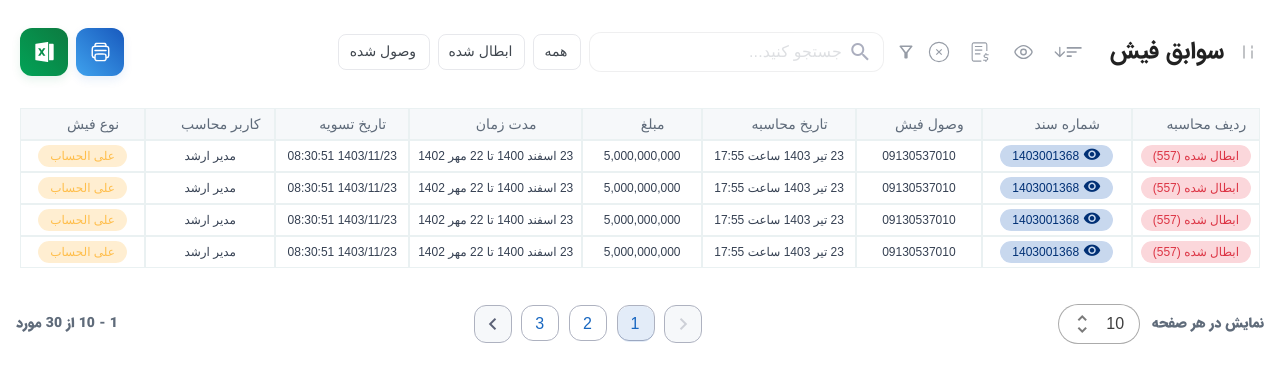
Repository: mobinazarein/data-table
Page: /
An editor plug-in stored every save of this project. The page is shown before and after the next save, followed by the edit.
The browser window is 1280 px wide. The pictures show the whole page.
Some web fonts or font styles are not loaded; a fallback is used. The project was rebuilt for these pictures with package versions that can differ from the ones it lists, and the page was loaded fresh each time. Also part of the build but not shown: vue.config.js.

Above is the page before, as saved 2025-03-26 10:00:31.

### public/index.html
<!DOCTYPE html>
<html lang="en" dir="rtl">
  <head>
    <meta charset="utf-8">
    <meta http-equiv="X-UA-Compatible" content="IE=edge">
    <meta name="viewport" content="width=device-width,initial-scale=1.0">
    <link rel="icon" href="<%= BASE_URL %>favicon.ico">
    <title><%= htmlWebpackPlugin.options.title %></title>
  </head>
  <body>
    <noscript>
      <strong>We're sorry but <%= htmlWebpackPlugin.options.title %> doesn't
        work properly without JavaScript enabled. Please enable it to
        continue.</strong>
    </noscript>
    <div id="app"></div>
    <!-- built files will be auto injected -->
  </body>
</html>

### src/assets/base.scss
// @import "./styles/fonts";

*,
*::before,
*::after {
  box-sizing: border-box;
  margin: 0;
  font-weight: normal;
  font-family: "IRANSans", sans-serif;
  letter-spacing: 0;
}

body {
  font-family: "IRANSans", sans-serif !important;
}
h1,
h2 {
  font-family: "IRANSans", sans-serif;
  font-weight: 700;
}
p {
  font-family: "IRANSans", sans-serif;
  font-weight: 400;
}

### src/components/DataTable.vue
<template>
  <v-container fluid>
    <!-- desktop -->
    <v-row class="align-center py-3 px-1 d-none d-md-flex" no-gutters>
      <v-col cols="12" md="10" class="d-flex align-center  justify-start">
        <div class="d-flex align-center gap-24 justify-start">
          <div class="d-flex align-center text-nowrap">
            <PauseIcon />
            <h2 class="mr-3 ml-5 text-nowrap " style="white-space: nowrap;">سوابق فیش</h2>
          </div>
          <PaginationIcon class="mx-1" />
          <EyeIcon class="mx-1" />
          <InvoiceIcon class="mx-1 ml-2" />
          <CircleCross class="mx-1 ml-2" />
          <FilterIcon class="mx-1" />
          <v-text-field v-if="showSearchBtn" variant="outlined" density="compact" hide-details
            class="custom-text-field mx-2" label="جستجو کنید..." prepend-inner-icon="mdi-magnify" width="295.6875px" />
          <v-btn variant="outlined" color="gray" class="rounded-lg ml-2 filter-btn"
            style="max-width: 48px;min-width: 48px;font-size: 14px !important;">همه</v-btn>
          <v-btn variant="outlined" color="gray" class="ml-2 rounded-lg filter-btn"
            style="max-width: 87px;min-width: 87px;font-size: 14px !important;">ابطال شده</v-btn>
          <v-btn variant="outlined" color="gray" class="ml-2 rounded-lg filter-btn px-3"
            style="max-width: 92px;min-width: 92px;font-size: 14px !important;">وصول شده</v-btn>
        </div>
      </v-col>
      <v-col cols="auto" md="2" class="d-flex align-center justify-end" v-if="props.showExportButtons">
        <v-btn icon variant="flat" class="ml-2 printer-btn">
          <PrinterIcon />
        </v-btn>
        <v-btn icon variant="flat" class="excel-btn">
          <ExcelIcon />
        </v-btn>
      </v-col>
    </v-row>
    <!-- mobile-->
    <v-row class="align-center d-flex d-md-none flex-no-wrap justify-between ">
      <v-col cols="12" class="d-flex align-center flex-no-wrap">
        <v-row no-gutters>
          <v-col cols="12">
            <div class="d-flex justify-space-between gap-8">
              <h2 class="text-nowrap " style="font-size: 20px; font-weight: 700;">سوابق فیش</h2>
              <div class="d-flex">
                <v-btn variant="outlined"
                  style="max-width: 44px !important;min-width:44px !important;height: 40px !important;font-size: 12px;font-weight: 400;border-radius: 62px !important;"
                  color="gray" class="rounded-xl px-4 ml-2 filter-btn">همه</v-btn>
                <v-btn variant="outlined"
                  style="max-width: 80px !important;min-width:74px !important;height: 40px !important;font-size: 12px;font-weight: 400;border-radius: 42px !important;"
                  color="gray" class="ml-2 rounded-xl px-4 filter-btn">ابطال شده</v-btn>
                <v-btn variant="outlined" color="gray" class=" rounded-xl px-4 filter-btn ml-1"
                  style="max-width: 89px !important;min-width:77px !important;height: 40px !important;font-size: 12px;font-weight: 400;border-radius: 42px !important;">وصول
                  شده</v-btn>
              </div>
            </div>
          </v-col>
        </v-row>
      </v-col>
      <v-col cols="12" class="d-flex justify-center">
        <div class="d-flex flex-column ">
          <div class="gap-8 d-flex justify-space-between flex-wrap">
            <PaginationIcon class="mx-1" />
            <EyeIcon class="mx-1" />
            <InvoiceIcon class="mx-1" />
            <CircleCross class="mx-1 mt-3 mr-3" />
            <FilterIcon class="mx-1 mt-3 mr-3" />
            <PrinterIcon iconColor="#767E8A" class="mx-1 mt-3 mr-3" />
            <ExcelIcon iconColor="#767E8A" class="mx-1 mt-3 mr-3  ml-5" />
          </div>
          <v-text-field width="341px" variant="outlined" hide-details class="custom-text-field mx-2"
            label="جستجو کنید..." prepend-inner-icon="mdi-magnify" v-if="showSearchBtn" />
        </div>
      </v-col>
    </v-row>
    <v-row no-gutters class="px-1">
      <v-col cols="12" md="12" class="mt-5">
        <!-- <template v-slot:item.row="{ item }">
            <v-chip style="background-color: #FFEEF0;color: #DC3545;height: 22px;border-radius: 8px;font-size: 12px;"
              class="">
              {{ item.row }}
            </v-chip>
          </template>
<template v-slot:item.documentNumber="{ item }">
            <v-chip color="blue" class="ma-1 "
              style="width: 150px;height: 22px !important; border-radius: 8px;padding: 0;font-size: 12px;">
              <v-icon end color="#013075" size="xl" class="pa-0 mt-1">mdi-eye</v-icon>
              <v-btn variant="text" color="#013075" size="small">
                مشاهده [{{ item.documentNumber }}]
              </v-btn>
            </v-chip>
          </template>
<template v-slot:item.receiptType="{ item }">
            <v-chip style="background-color: #FFBE4C26;color: #FFBE4C;height: 22px;font-size: 12px;"
              class=" font-weight-bold">
              {{ item.receiptType }}
            </v-chip>
          </template> -->
        <v-data-table :headers="headers" :items="items" :items-per-page="props.itemsPerPage" hide-default-footer>
          <template v-for="column in props.customStyles" #[`item.${column.key}`]="{ item }" :key="column.key">
            <v-chip
              :style="{ backgroundColor: column.bgColor, color: column.textColor, height: '22px', fontSize: '12px', cursor: column.icon ? 'pointer' : 'default' }"
              class="font-weight-bold">
              <v-icon v-if="column.icon" :color="column.iconColor" :size="column.iconSize" class="ml-1 mb-1">
                {{ column.icon }}
              </v-icon>
              {{ item[column.key] }}
            </v-chip>
          </template>
        </v-data-table>
      </v-col>
    </v-row>
    <v-row class="justify-space-between d-md-none align-center px-1 mt-8 ">
      <div class="d-flex align-center ">
        <p class="footer-text">نمایش در هر صفحه</p>
        <v-select v-model="itemsPerPage" :items="[10, 20, 50]" density="compact" variant="outlined" rounded="pill"
          class="custom-select mr-3" hide-details menu-icon="mdi-unfold-more-horizontal"></v-select>
      </div>
      <div class="footer-middle">
        <span class="footer-text"> {{ startIndex }} - {{ endIndex }} از {{ totalItems }} مورد </span>
      </div>
      <div class="mt-5" style="margin-left: auto; margin-right: auto;">
        <v-pagination v-model="page" :length="totalPages" total-visible="5" rounded density="comfortable"
          color="primary" class="custom-pagination"></v-pagination>
      </div>
    </v-row>
    <v-row class="justify-space-between d-none d-md-flex align-center px-3 mt-8">
      <div class="d-flex align-center ">
        <p class="footer-text">نمایش در هر صفحه</p>
        <v-select v-model="itemsPerPage" :items="[10, 20, 50]" density="compact" variant="outlined" rounded="pill"
          class="custom-select mr-3" hide-details menu-icon="mdi-unfold-more-horizontal"></v-select>
      </div>
      <div class="footer-right">
        <v-pagination v-model="page" :length="totalPages" total-visible="5" rounded density="comfortable"
          color="primary" class="custom-pagination"></v-pagination>
      </div>
      <div class="footer-middle">
        <span class="footer-text"> {{ startIndex }} - {{ endIndex }} از {{ totalItems }} مورد </span>
      </div>
    </v-row>
  </v-container>
</template>
<script setup>
import PauseIcon from '@/assets/Icons/PauseIcon.vue';
import PaginationIcon from '@/assets/Icons/PaginationIcon.vue';
import EyeIcon from '@/assets/Icons/EyeIcon.vue';
import InvoiceIcon from '@/assets/Icons/InvoiceIcon.vue';
import CircleCross from '@/assets/Icons/CircleCross.vue';
import FilterIcon from '@/assets/Icons/FilterIcon.vue';
import PrinterIcon from '@/assets/Icons/PrinterIcon.vue';
import ExcelIcon from '@/assets/Icons/ExcelIcon.vue';
import { ref, computed } from 'vue';
import { defineProps } from 'vue';
// const pageData = ref({
//   headers: [
//     { title: 'ردیف محاسبه', key: 'row', align: 'center', sortable: true, width: '121px' },
//     { title: 'شماره سند', key: 'documentNumber', align: 'center', sortable: true, width: '165px' },
//     { title: 'وصول فیش', key: 'receiptStatus', align: 'center', sortable: true, width: '139px' },
//     { title: 'تاریخ محاسبه', key: 'calculationDate', align: 'center', sortable: true, width: '159px' },
//     { title: 'مبلغ', key: 'amount', align: 'center', sortable: true, width: '139px' },
//     { title: 'مدت زمان', key: 'duration', align: 'center', sortable: true, width: '165px' },
//     { title: 'تاریخ تسویه', key: 'settlementDate', align: 'center', sortable: true, width: '139px' },
//     { title: 'کاربر محاسب', key: 'user', align: 'center', sortable: true, width: '139px' },
//     { title: 'نوع فیش', key: 'receiptType', align: 'center', sortable: true, width: '139px' }
//   ],
//   items: [
//     {
//       row: 'ابطال شده (557)',
//       documentNumber: '1403001368',
//       receiptStatus: '09130537010',
//       calculationDate: '23 تیر 1403 ساعت 17:55',
//       amount: '5,000,000,000',
//       duration: '23 اسفند 1400 تا 22 مهر 1402',
//       settlementDate: '1403/11/23 08:30:51',
//       user: 'مدیر ارشد',
//       receiptType: 'علی الحساب'
//     },
//     {
//       row: 'ابطال شده (557)',
//       documentNumber: '1403001368',
//       receiptStatus: '09130537010',
//       calculationDate: '23 تیر 1403 ساعت 17:55',
//       amount: '5,000,000,000',
//       duration: '23 اسفند 1400 تا 22 مهر 1402',
//       settlementDate: '1403/11/23 08:30:51',
//       user: 'مدیر ارشد',
//       receiptType: 'علی الحساب'
//     },
//     {
//       row: 'ابطال شده (557)',
//       documentNumber: '1403001368',
//       receiptStatus: '09130537010',
//       calculationDate: '23 تیر 1403 ساعت 17:55',
//       amount: '5,000,000,000',
//       duration: '23 اسفند 1400 تا 22 مهر 1402',
//       settlementDate: '1403/11/23 08:30:51',
//       user: 'مدیر ارشد',
//       receiptType: 'علی الحساب'
//     }, {
//       row: 'ابطال شده (557)',
//       documentNumber: '1403001368',
//       receiptStatus: '09130537010',
//       calculationDate: '23 تیر 1403 ساعت 17:55',
//       amount: '5,000,000,000',
//       duration: '23 اسفند 1400 تا 22 مهر 1402',
//       settlementDate: '1403/11/23 08:30:51',
//       user: 'مدیر ارشد',
//       receiptType: 'علی الحساب'
//     }
//   ]
// });
const props = defineProps({
  itemsPerPage: {
    type: Number,
    default: 10,
  },
  showExportButtons: {
    type: Boolean,
    default: true,
  },
  showSearchBtn: {
    type: Boolean,
    default: true
  },
  customStyles: { type: Array, default: () => [] },
  customIcon: { type: Array, default: () => [] },
  headers: { type: Array, required: true },
  items: { type: Array, required: true },
});
const page = ref(1);
const totalItems = ref(30);
const itemsPerPage = ref(props.itemsPerPage);
const totalPages = computed(() => Math.ceil(totalItems.value / itemsPerPage.value));
const startIndex = computed(() => (page.value - 1) * itemsPerPage.value + 1);
const endIndex = computed(() => Math.min(page.value * itemsPerPage.value, totalItems.value));
</script>
<style>
.custom-text-field :deep(.v-input__control) {
  height: 38px;
}

.v-field.v-field--center-affix.v-field--prepended.v-field--variant-outlined.v-theme--light.v-locale--is-rtl {
  border-radius: 12px !important;
}

.excel-btn {
  background: linear-gradient(45deg, #02A357, #0D7A40) !important;
  color: white !important;
  border-radius: 12px !important;
  box-shadow: 0px 4px 10px #0A88481A !important;
  width: 48px !important;
  height: 48px !important;
}

.printer-btn {
  border-radius: 12px !important;
  box-shadow: 0px 4px 10px #216BCA1A !important;
  background: linear-gradient(45deg, #3FA2ED, #1859BD) !important;
  color: white !important;
  width: 48px !important;
  height: 48px !important;
}

.filter-btn:hover,
.filter-btn:focus,
.filter-btn.v-btn--active {
  background-color: #B8DADA !important;
  color: #148976 !important;
  border-color: #148976 !important;
}

.v-field__prepend-inner {
  color: #737993;
}

label.v-label.v-field-label {
  color: #C7CACF;
}

.v-field.v-field--center-affix.v-field--prepended.v-field--variant-outlined.v-theme--light.v-locale--is-rtl {
  color: #77787f4d;
}

.filter-btn {
  border-color: #AEB2C04D !important;
  color: #40474F !important;
  line-height: 180% !important;
  padding: 0px 12px !important;
}

/* .v-table__wrapper {
  overflow: hidden;
} */
.v-data-table thead {
  background-color: #F6F8FA !important;
  width: 138.41665649414062px;
  height: 32px !important;
}

.v-data-table thead th {
  height: 32px !important;
  color: #5F6B7A !important;
  font-weight: 700 !important;
  border: 1px solid #EAF1F2 !important;
  padding: 0 8px !important;
}

.v-data-table tbody tr td {
  height: 32px !important;
  color: #364153 !important;
  font-weight: 500 !important;
  border: 1px solid #EAF1F2 !important;
  white-space: nowrap !important;
  overflow: hidden !important;
  text-overflow: ellipsis !important;
  height: 32px !important;
  padding: 0 8px !important;
  font-size: 12px !important;
  padding: 0 8px !important;
  font-weight: 400 !important;
}

.v-data-table tbody tr {
  height: 32px !important;
}

td.v-data-table__td.v-data-table-column--align-center {
  font-size: 12px !important;
  height: 32px !important
}

th {
  white-space: nowrap;
}

.footer-text {
  color: #5F6B7A;
  font-size: 14px;
  font-weight: 500;
}

.custom-select {
  max-width: 90px;
}

.custom-pagination {
  --v-pagination-height: 40px;
}

.custom-pagination .v-pagination__item {
  border-radius: 12px !important;
  min-width: 36px !important;
  height: 36px !important;
  font-size: 14px !important;
  color: #5B6176 !important;
  border: 1px solid #AEB2C0 !important;
}

.custom-pagination .v-pagination__item--active {
  border-radius: 12px !important;
  min-width: 36px !important;
  height: 36px !important;
  background-color: #B8DADA !important;
  color: #148976 !important;
  border: 1px solid #148976 !important;
  font-weight: bold !important;
  box-shadow: none !important;
}

button.v-btn.v-btn--icon.v-theme--light.text-primary.v-btn--density-comfortable.v-btn--rounded.v-btn--size-default.v-btn--variant-text {
  border-radius: 12px !important;
}

.custom-pagination .v-pagination__prev,
.custom-pagination .v-pagination__next {
  border-radius: 12px !important;
  background-color: #F6F8FA !important;
  color: #5B6176 !important;
  border: 1px solid #AEB2C0 !important;
}

.mdi-chevron-right::before {
  color: #5B6176 !important;
}

.mdi-chevron-left::before {
  color: #5B6176 !important;
}

.custom-pagination .v-pagination__prev:hover,
.custom-pagination .v-pagination__next:hover,
.custom-pagination .v-pagination__prev:focus,
.custom-pagination .v-pagination__next:focus,
.custom-pagination .v-pagination__prev.v-pagination__item--active,
.custom-pagination .v-pagination__next.v-pagination__item--active {
  border: 1px solid #148976 !important;
  color: #148976 !important;
}

.custom-pagination .v-pagination__item--active,
.custom-pagination .v-pagination__item:focus {
  border-radius: 12px !important;
  min-width: 36px !important;
  height: 36px !important;
  background-color: #D8EEF2 !important;
  color: #148976 !important;
  border: 1px solid #148976 !important;
  font-weight: bold !important;
}

.custom-pagination .v-pagination__item:hover {
  border: 1px solid #148976 !important;
  color: #148976 !important;
}

.custom-pagination .v-pagination__prev:hover,
.custom-pagination .v-pagination__next:hover {
  border: 1px solid #148976 !important;
  color: #148976 !important;
}

.footer-middle {
  font-size: 14px;
  color: #5F6B7A;
  font-weight: 500;
}
</style>

### src/assets/styles/_fonts.scss
@font-face {
  font-family: "IRANSans";
  src: url("/public/fonts/IRANSans.woff2") format("woff2");
  font-weight: 400;
  font-style: normal;
  font-display: swap;
}

@font-face {
  font-family: "IRANSans";
  src: url("/public/fonts/IRANSans_Black.woff2") format("woff2");
  font-weight: 500;
  font-style: normal;
  font-display: swap;
}

@font-face {
  font-family: "IRANSans";
  src: url("/public/fonts/IRANSans_Bold.woff2") format("woff2");
  font-weight: 800;
  font-style: normal;
  font-display: swap;
}

### src/assets/Icons/PauseIcon.vue
<template>
    <svg width="24" height="24" viewBox="0 0 24 24" fill="none" xmlns="http://www.w3.org/2000/svg">
        <path d="M8 6V18M16 6V8M16 18V11" stroke="#ADB0B4" stroke-width="1.5" stroke-linecap="round"
            stroke-linejoin="round" />
    </svg>
</template>

### src/assets/Icons/PaginationIcon.vue
<template>
    <svg width="36" height="48" viewBox="0 0 36 48" fill="none" xmlns="http://www.w3.org/2000/svg">
<path d="M9.79481 19.4529V28.5469M9.79481 28.5469L14.3418 23.9999M9.79481 28.5469L5.2478 23.9999" stroke="#969CA6" stroke-width="1.29915" stroke-linecap="round" stroke-linejoin="round"/>
<path d="M16.7693 28.9231H21.6924V27.282H16.7693V28.9231ZM16.7693 19.0769V20.7179H31.5385V19.0769H16.7693ZM16.7693 24.8205H26.6154V23.1795H16.7693V24.8205Z" fill="#969CA6"/>
</svg>
</template>

### src/assets/Icons/EyeIcon.vue
<template>
    <svg width="37" height="48" viewBox="0 0 37 48" fill="none" xmlns="http://www.w3.org/2000/svg">
<path d="M18.5 17.5833C21.4713 17.5833 24.0781 19.7396 25.7446 21.5522C26.4843 22.3568 26.8542 22.7591 26.979 23.5925C27.0096 23.7966 27.0096 24.2033 26.979 24.4073C26.8542 25.2407 26.4843 25.643 25.7446 26.4477C24.0781 28.2603 21.4713 30.4166 18.5 30.4166C15.5288 30.4166 12.922 28.2603 11.2555 26.4477C10.5158 25.643 10.1459 25.2407 10.0211 24.4073C9.99049 24.2033 9.99049 23.7966 10.0211 23.5925C10.1459 22.7591 10.5158 22.3568 11.2555 21.5522C12.922 19.7396 15.5288 17.5833 18.5 17.5833Z" stroke="#969CA6" stroke-width="1.375" stroke-linejoin="round"/>
<path d="M21.25 24C21.25 25.5188 20.0188 26.75 18.5 26.75C16.9812 26.75 15.75 25.5188 15.75 24C15.75 22.4812 16.9812 21.25 18.5 21.25C20.0188 21.25 21.25 22.4812 21.25 24Z" stroke="#969CA6" stroke-width="1.375" stroke-linejoin="round"/>
</svg>
</template>

### src/assets/Icons/InvoiceIcon.vue
<template>
    <svg width="35" height="48" viewBox="0 0 35 48" fill="none" xmlns="http://www.w3.org/2000/svg">
<path d="M26.6666 26.1999H23.9166V27.2999H26.6666V26.1999ZM23.9166 26.1999H23.4583V27.2999H23.9166V26.1999ZM23.4583 30.0499H24.375V28.9499H23.4583V30.0499ZM24.375 31.6999H23.9166V32.7999H24.375V31.6999ZM23.9166 31.6999H21.1666V32.7999H23.9166V31.6999ZM25.2 30.8749C25.2 31.3306 24.8306 31.6999 24.375 31.6999V32.7999C25.4381 32.7999 26.3 31.9381 26.3 30.8749H25.2ZM24.375 30.0499C24.8306 30.0499 25.2 30.4193 25.2 30.8749H26.3C26.3 29.8118 25.4381 28.9499 24.375 28.9499V30.0499ZM21.5333 28.1249C21.5333 29.1881 22.3951 30.0499 23.4583 30.0499V28.9499C23.0027 28.9499 22.6333 28.5806 22.6333 28.1249H21.5333ZM23.4583 26.1999C22.3951 26.1999 21.5333 27.0618 21.5333 28.1249H22.6333C22.6333 27.6693 23.0027 27.2999 23.4583 27.2999V26.1999ZM24.4666 26.7499V24.9166H23.3666V26.7499H24.4666ZM23.3666 32.2499V34.0833H24.4666V32.2499H23.3666ZM13.8333 15.3833H21.1666V14.2833H13.8333V15.3833ZM19.3333 32.6166H13.8333V33.7166H19.3333V32.6166ZM10.7166 29.4999V18.4999H9.61663V29.4999H10.7166ZM13.8333 32.6166C12.9535 32.6166 12.349 32.6154 11.8949 32.5544C11.4567 32.4954 11.2418 32.39 11.0925 32.2407L10.3147 33.0185C10.7024 33.4062 11.1881 33.5692 11.7483 33.6446C12.2928 33.7178 12.9846 33.7166 13.8333 33.7166V32.6166ZM9.61663 29.4999C9.61663 30.3486 9.61546 31.0405 9.68865 31.5849C9.76397 32.1451 9.92698 32.6308 10.3147 33.0185L11.0925 32.2407C10.9432 32.0914 10.8378 31.8766 10.7788 31.4383C10.7178 30.9842 10.7166 30.3797 10.7166 29.4999H9.61663ZM21.1666 15.3833C22.0464 15.3833 22.6509 15.3844 23.105 15.4455C23.5433 15.5044 23.7582 15.6099 23.9074 15.7591L24.6852 14.9813C24.2975 14.5936 23.8118 14.4306 23.2516 14.3553C22.7072 14.2821 22.0153 14.2833 21.1666 14.2833V15.3833ZM25.3833 18.4999C25.3833 17.6512 25.3845 16.9594 25.3113 16.415C25.2359 15.8547 25.0729 15.369 24.6852 14.9813L23.9074 15.7591C24.0567 15.9084 24.1622 16.1233 24.2211 16.5615C24.2821 17.0156 24.2833 17.6201 24.2833 18.4999H25.3833ZM13.8333 14.2833C12.9846 14.2833 12.2928 14.2821 11.7483 14.3553C11.1881 14.4306 10.7024 14.5936 10.3147 14.9813L11.0925 15.7591C11.2418 15.6099 11.4567 15.5044 11.8949 15.4455C12.349 15.3844 12.9535 15.3833 13.8333 15.3833V14.2833ZM10.7166 18.4999C10.7166 17.6201 10.7178 17.0156 10.7788 16.5615C10.8378 16.1233 10.9432 15.9084 11.0925 15.7591L10.3147 14.9813C9.92698 15.369 9.76397 15.8547 9.68865 16.415C9.61546 16.9594 9.61663 17.6512 9.61663 18.4999H10.7166ZM24.2833 18.4999V23.0833H25.3833V18.4999H24.2833ZM12.9166 19.0499H20.25V17.9499H12.9166V19.0499ZM12.9166 22.7166H20.25V21.6166H12.9166V22.7166ZM12.9166 26.3833H18.4166V25.2833H12.9166V26.3833Z" fill="#969CA6"/>
</svg>
</template>

### src/assets/Icons/CircleCross.vue
<template>
    <svg width="22" height="22" viewBox="0 0 21 20" fill="none" xmlns="http://www.w3.org/2000/svg">
        <path
            d="M7.90736 7.40719L13.0928 12.5926M13.0927 7.40719L7.90726 12.5926M19.6667 9.99992C19.6667 15.0625 15.5627 19.1666 10.5 19.1666C5.43743 19.1666 1.33337 15.0625 1.33337 9.99992C1.33337 4.93731 5.43743 0.833252 10.5 0.833252C15.5627 0.833252 19.6667 4.93731 19.6667 9.99992Z"
            stroke="#969CA6" stroke-width="1.1" />
    </svg>
</template>

### src/assets/Icons/FilterIcon.vue
<template>
    <svg width="20" height="20" viewBox="0 0 20 20" fill="none" xmlns="http://www.w3.org/2000/svg">
<path d="M5.90159 5.07682H14.1067L9.99595 10.246L5.90159 5.07682ZM3.64518 4.75682C5.30262 6.88194 8.36313 10.8204 8.36313 10.8204V15.7435C8.36313 16.1948 8.73236 16.564 9.18364 16.564H10.8247C11.276 16.564 11.6452 16.1948 11.6452 15.7435V10.8204C11.6452 10.8204 14.6975 6.88194 16.3549 4.75682C16.7734 4.21528 16.3877 3.43579 15.7067 3.43579H4.29339C3.61236 3.43579 3.22672 4.21528 3.64518 4.75682Z" fill="#969CA6"/>
</svg>
</template>

### src/assets/Icons/PrinterIcon.vue
<template>
    <svg
      width="23"
      height="24"
      viewBox="0 0 23 24"
      fill="none"
      xmlns="http://www.w3.org/2000/svg"
      :style="{ color: iconColor }"
    >
      <path
        d="M6 10.5641H17M6 17.7447V17.7447C5.66891 17.7447 5.50337 17.7447 5.36418 17.7283C4.26359 17.599 3.39569 16.7311 3.26636 15.6305C3.25 15.4913 3.25 15.3257 3.25 14.9947V10.5641C3.25 8.76909 3.25 7.87158 3.70712 7.24241C3.85475 7.03921 4.03345 6.86052 4.23664 6.71289C4.86582 6.25577 5.76332 6.25577 7.55833 6.25577H15.4417C17.2367 6.25577 18.1342 6.25577 18.7634 6.71289C18.9666 6.86052 19.1452 7.03921 19.2929 7.24241C19.75 7.87158 19.75 8.76909 19.75 10.5641V14.9947C19.75 15.3257 19.75 15.4913 19.7336 15.6305C19.6043 16.7311 18.7364 17.599 17.6358 17.7283C17.4966 17.7447 17.3311 17.7447 17 17.7447V17.7447M6 17.7447V17.7447C6 18.6368 6 19.0829 6.14576 19.4348C6.3401 19.904 6.71286 20.2768 7.18205 20.4711C7.53393 20.6169 7.98003 20.6169 8.87222 20.6169H14.1278C15.02 20.6169 15.4661 20.6169 15.818 20.4711C16.2871 20.2768 16.6599 19.904 16.8542 19.4348C17 19.0829 17 18.6368 17 17.7447V17.7447M6 17.7447V17.3617C6 15.9257 6 15.2077 6.3657 14.7043C6.4838 14.5418 6.62676 14.3988 6.78931 14.2807C7.29265 13.915 8.01066 13.915 9.44667 13.915H13.5533C14.9893 13.915 15.7073 13.915 16.2107 14.2807C16.3732 14.3988 16.5162 14.5418 16.6343 14.7043C17 15.2077 17 15.9257 17 17.3617V17.7447M17 6.25577V6.25577C17 5.36358 17 4.91748 16.8542 4.56559C16.6599 4.09641 16.2871 3.72364 15.818 3.5293C15.4661 3.38354 15.02 3.38354 14.1278 3.38354H8.87222C7.98003 3.38354 7.53393 3.38354 7.18205 3.5293C6.71286 3.72364 6.3401 4.09641 6.14576 4.56559C6 4.91748 6 5.36358 6 6.25577V6.25577H17Z"
        stroke="currentColor"
        stroke-width="1.43611"
        stroke-linecap="round"
        stroke-linejoin="round"
      />
    </svg>
  </template>

  <script setup>
  import { defineProps } from 'vue';

  defineProps({
    iconColor: {
      type: String,
      default: 'white',
    },
  });
  </script>

### src/assets/Icons/ExcelIcon.vue
<template>
    <svg
      width="23"
      height="22"
      viewBox="0 0 23 22"
      fill="none"
      xmlns="http://www.w3.org/2000/svg"
      :style="{ color: iconColor }"
    >
      <g clip-path="url(#clip0_397_6997)">
        <path
          d="M3.12085 2.63712L14.6434 0.991705C14.7084 0.982376 14.7747 0.987136 14.8377 1.00566C14.9007 1.02419 14.959 1.05604 15.0087 1.09908C15.0583 1.14211 15.0981 1.19531 15.1254 1.25507C15.1527 1.31483 15.1668 1.37976 15.1668 1.44546V20.5543C15.1668 20.6199 15.1527 20.6847 15.1254 20.7444C15.0982 20.8041 15.0585 20.8573 15.009 20.9003C14.9594 20.9433 14.9012 20.9752 14.8383 20.9938C14.7754 21.0124 14.7092 21.0172 14.6443 21.008L3.11994 19.3626C2.90142 19.3315 2.70147 19.2226 2.55682 19.0559C2.41216 18.8892 2.33252 18.6758 2.33252 18.4551V3.54462C2.33252 3.3239 2.41216 3.11059 2.55682 2.94388C2.70147 2.77716 2.90234 2.66824 3.12085 2.63712ZM16.0834 2.74987H19.7501C19.9932 2.74987 20.2264 2.84645 20.3983 3.01836C20.5702 3.19027 20.6668 3.42342 20.6668 3.66654V18.3332C20.6668 18.5763 20.5702 18.8095 20.3983 18.9814C20.2264 19.1533 19.9932 19.2499 19.7501 19.2499H16.0834V2.74987ZM9.8501 10.9999L12.4168 7.33321H10.2168L8.7501 9.42871L7.28344 7.33321H5.08344L7.6501 10.9999L5.08344 14.6665H7.28344L8.7501 12.571L10.2168 14.6665H12.4168L9.8501 10.9999Z"
          fill="currentColor"
        />
      </g>
      <defs>
        <clipPath id="clip0_397_6997">
          <rect width="22" height="22" fill="white" transform="translate(0.5)" />
        </clipPath>
      </defs>
    </svg>
  </template>

  <script setup>
  import { defineProps } from 'vue';

  defineProps({
    iconColor: {
      type: String,
      default: 'white',
    },
  });
  </script>

Loaded but not shown: src/plugins/vuetify.js (17 lines, source omitted); src/main.js (9 lines, source omitted); src/App.vue (82 lines, source omitted)

After the next save:
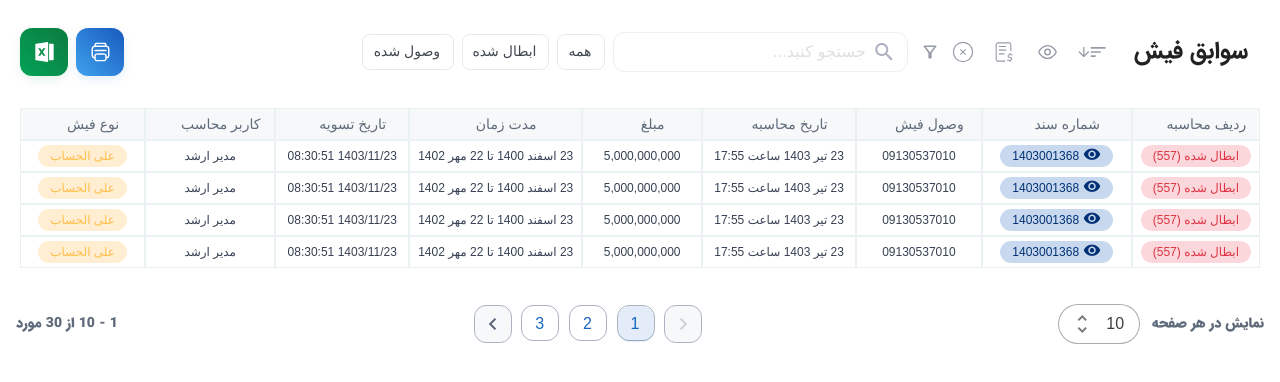
Saved 48 s later.
--- a/src/components/DataTable.vue
+++ b/src/components/DataTable.vue
@@ -5,7 +5,7 @@
       <v-col cols="12" md="10" class="d-flex align-center  justify-start">
         <div class="d-flex align-center gap-24 justify-start">
           <div class="d-flex align-center text-nowrap">
-            <PauseIcon />
+            <component :is="iconComponent" />
             <h2 class="mr-3 ml-5 text-nowrap " style="white-space: nowrap;">سوابق فیش</h2>
           </div>
           <PaginationIcon class="mx-1" />
